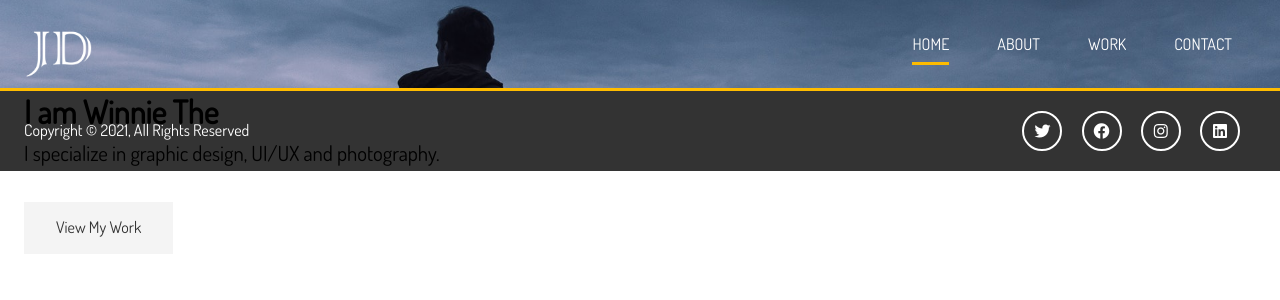
Repository: minhtien9/Portfolio_Website
Page: diet/about.html
The author's editor kept a copy of each file at every save. The page is drawn from the files as they stood at one save, then again after the next save.
The browser window is 1280 px wide. The pictures show the whole page.

Above is the page before, as saved 2021-08-29 10:35:30.

After the next save:
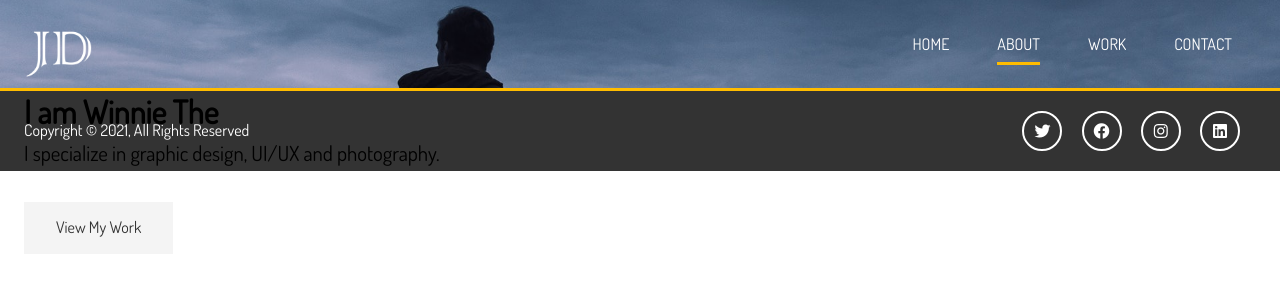
Saved 10 s later.
--- a/diet/about.html
+++ b/diet/about.html
@@ -25,8 +25,8 @@
         <nav id="main-nav">
           <img src="img/logo.png" alt="My Portfolio" id="logo" />
           <ul>
-            <li><a href="index.html" class="current">Home</a></li>
-            <li><a href="about.html">About</a></li>
+            <li><a href="index.html">Home</a></li>
+            <li><a href="about.html" class="current">About</a></li>
             <li><a href="work.html">Work</a></li>
             <li><a href="contact.html">Contact</a></li>
           </ul>
